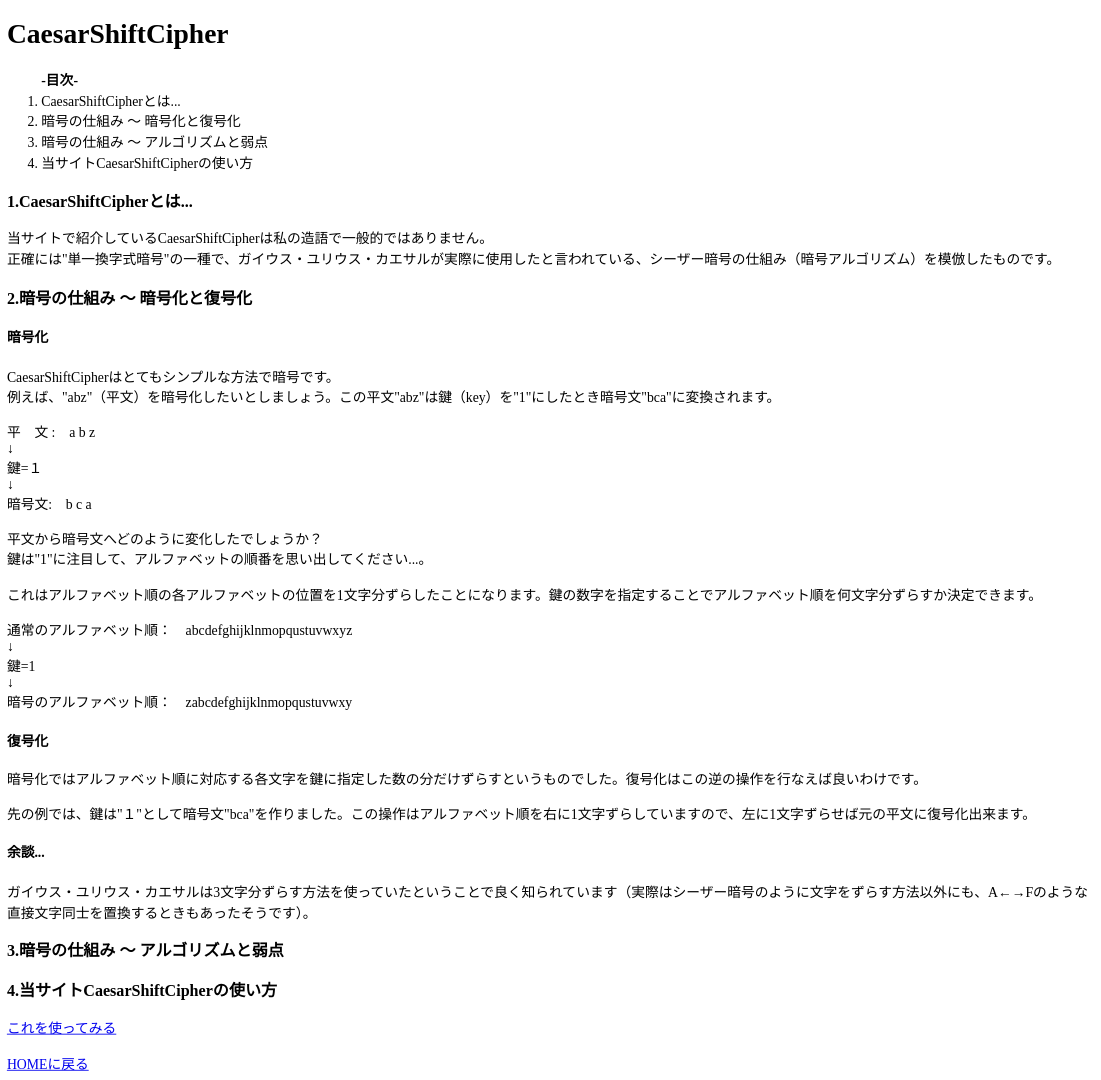
Repository: RantaWatari/TEST
Page: http://localhost/CipherProject/CipherMore?page=1
The author's editor kept a copy of each file at every save. The page is drawn from the files as they stood at one save, then again after the next save.
The browser window is 1280 px wide. The pictures show the whole page, at 86% of full size.
The page is served by Tomcat 9.

Above is the page before, as saved 2017-07-25 02:49:19.

After the next save:
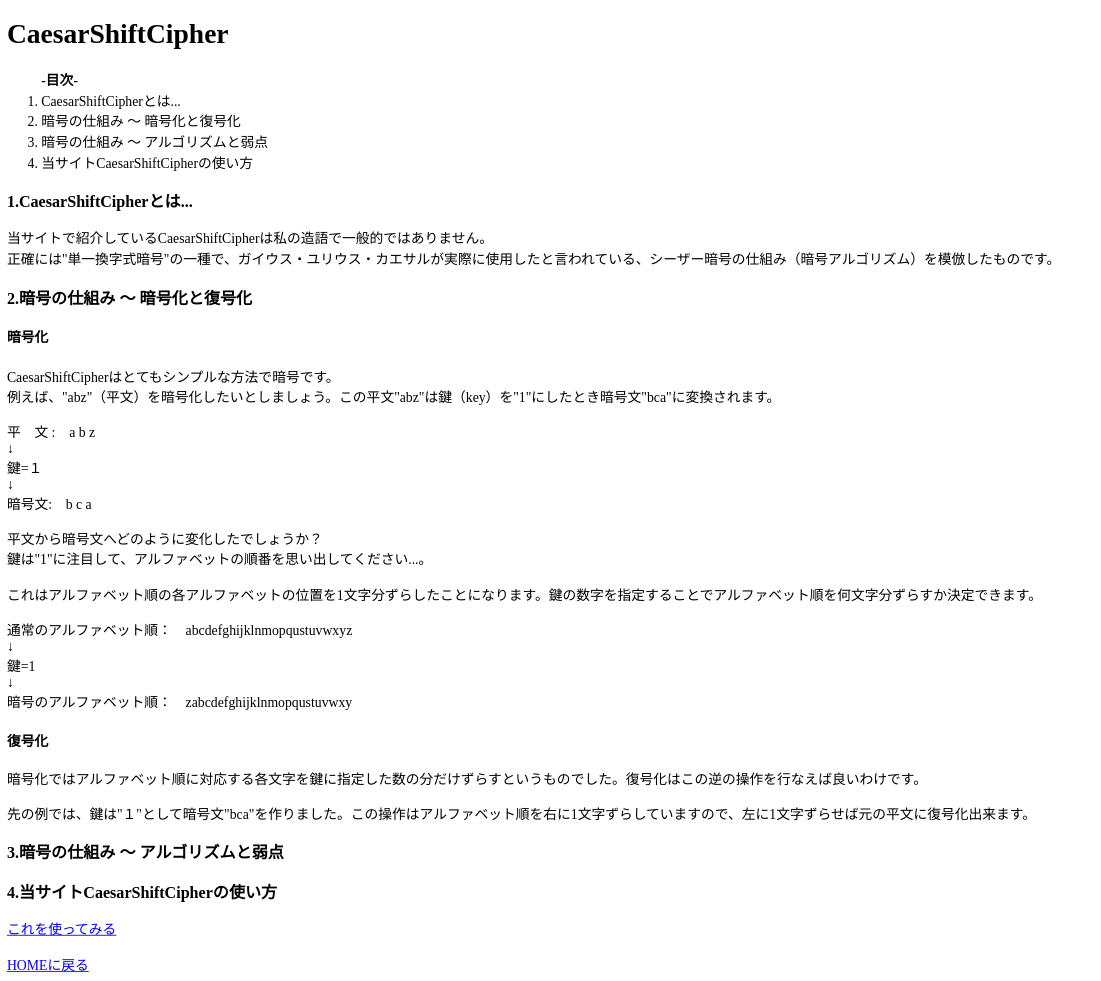
Saved 96 s later.
--- a/CipherProject/WebContent/WEB-INF/jsp/CaesarShiftCipher.jsp
+++ b/CipherProject/WebContent/WEB-INF/jsp/CaesarShiftCipher.jsp
@@ -29,8 +29,6 @@
 		<p>暗号化ではアルファベット順に対応する各文字を鍵に指定した数の分だけずらすというものでした。復号化はこの逆の操作を行なえば良いわけです。</p>
 		<p>先の例では、鍵は"１"として暗号文"bca"を作りました。この操作はアルファベット順を右に1文字ずらしていますので、左に1文字ずらせば元の平文に復号化出来ます。</p>
 
-	<h4>余談...</h4>
-		<p>ガイウス・ユリウス・カエサルは3文字分ずらす方法を使っていたということで良く知られています（実際はシーザー暗号のように文字をずらす方法以外にも、A←→Fのような直接文字同士を置換するときもあったそうです）。</p>
 <h3>3.暗号の仕組み ～ アルゴリズムと弱点</h3>
 	<p></p>
 <h3>4.当サイトCaesarShiftCipherの使い方</h3>
